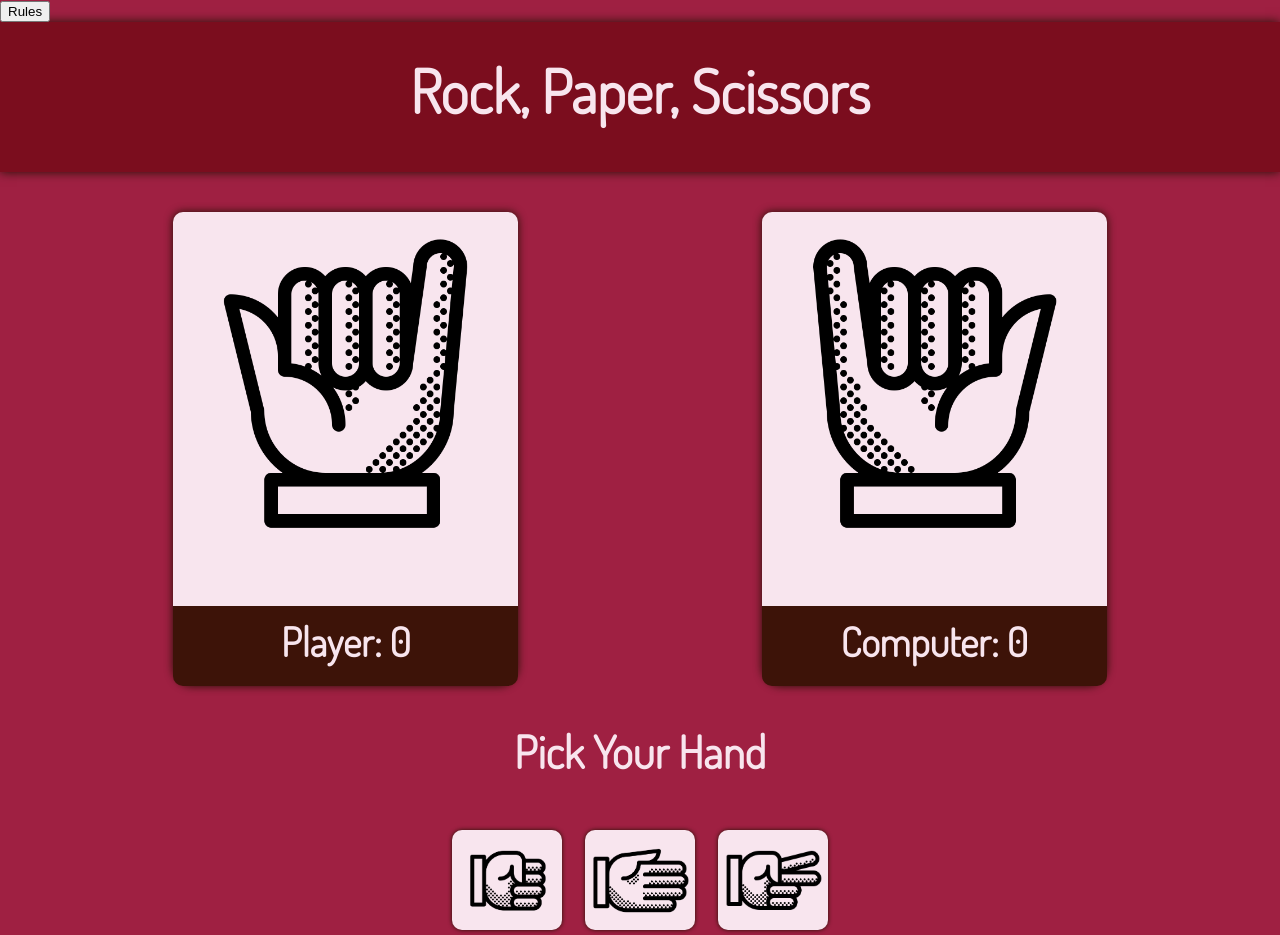
Repository: shayanabedi98/rock-paper-scissors
Page: index.html
An editor plug-in stored every save of this project. The page is shown before and after the next save, followed by the edit.
The browser window is 1280 px wide. The pictures show the whole page.

Above is the page before, as saved 2023-07-14 19:39:43.

### index.html
<!DOCTYPE html>
<html lang="en">
<head>
    <meta charset="UTF-8">
    <meta name="viewport" content="width=device-width, initial-scale=1.0">
    <title>Rock, Paper, Scissors</title>
    <link rel="preconnect" href="https://fonts.googleapis.com">
    <link rel="preconnect" href="https://fonts.gstatic.com" crossorigin>
    <link href="https://fonts.googleapis.com/css2?family=Dosis:wght@300&display=swap" rel="stylesheet">
    <link rel="stylesheet" href="styles.css">
</head>
<body>
    <div class="rules-btn">
        <button>Rules</button>
    </div>
    <div class="header">
        <h1>Rock, Paper, Scissors</h1>
    </div>
    <div class="container">
        <div class="card">
            <div class="player">
                <img src="resources/startleft.png" alt="Starting image before game">
                <h3>Player: 0</h3>
            </div>
        </div>
        <div class="card">
            <div class="computer">
                <img src="resources/start.png" alt="Starting image before game">
                <h3>Computer: 0</h3>
            </div>
        </div>
    </div>
    <div class="caption">
        <h2>Pick Your Hand</h2>
    </div>
    <div class="button-container">
        <button class="btn" id="rock"><img src="resources/rockleft.png" alt="rock option"></button>
        <button class="btn" id="paper"><img src="resources/paperleft.png" alt="paper option"></button>
        <button class="btn" id="scissors"><img src="resources/scissorsleft.png" alt="scissors option"></button>
    </div>
    <div class="rules">
        <h1>Rules</h1>
        <p>Rock beats Scissors. <br>Paper beats Rock. <br>Scissors beats Paper. <br>You(Player) vs Computer. <br>Best 3/5 wins. <br>Simple enough?</p>
        <button>Close</button>
    </div>
    <script src="index.js"></script>
</body>
</html>

### styles.css
body {
    font-family:'Dosis', sans-serif;
    margin: 0;
    padding: 0;
    background-color: #9F2042;
    color: #F8E5EE;
}

h1 {
    font-size: 60px;
    margin-top: 0;

}

.header {
    text-align: center;
    background-color: #7B0D1E;
    height: 120px;
    padding-top: 30px;
    box-shadow: 0 0 10px 0 #211103;
}

.caption {
    text-align: center;
    font-size: 30px;
}

.container {
    text-align: center;
    display: block;
    margin-top: 40px;
}

.card {
    display: inline-block;
    background-color: #F8E5EE;
    box-shadow: 0 0 8px 0 #211103;
    margin: 0 120px;
    border-radius: 10px 10px 20px 20px;
}

.card img {
    height: 350px;
    width: 345px;
}

.card h3 {
    font-size: 40px;
    color: #F8E5EE;
    background-color: #3D1308;
    margin-bottom: 0;
    height: 70px;
    padding-top: 10px;
    border-radius: 0  0 10px 10px;
}

.button-container {
    text-align: center;
    margin-top: 50px;
}

#rock, #paper, #scissors {
    font-family: 'Dosis', sans-serif;
    background-color: #F8E5EE;
    color: #211103;
    width: 110px;
    height: 100px;
    cursor: pointer;
    border: 0;
    border-radius: 10px;
    box-shadow: 0 0 4px 0 #211103;
    margin: 0 10px;
}

#rock img, #paper img, #scissors img {
    height: 100px;
}

#rock:hover, #paper:hover, #scissors:hover {
    box-shadow: 0 0 10px 0 #211103;
}

#rock:active, #paper:active, #scissors:active, #rock img:active, #paper img:active, #scissors img:active {
    box-shadow: none;
    height: 99px;
}

.rules {
    background-color: #F8E5EE;
    color: #211103;
    position: absolute;
    box-shadow: 0 0 10px 0 #211103;
    border-radius: 10px;
    text-align: center;
    margin-left: 40%;
    transform: translateY(-600px);
    width: 20%;
    z-index: 1;
    height: 450px;
}

.rules p {
    font-size: 30px;
}

.rules button {
    font-family: 'Dosis', sans-serif;
    font-size: 26px;
    font-weight: 600;
    background-color: #F8E5EE;
    width: 80px;
    border: 0;
    text-decoration: overline;
    cursor: pointer;
}

.winner {
    text-align: center;
    margin-top: 350px;
}

.winner button {
    font-family: 'Dosis', sans-serif;
    font-size: 40px;
    font-family: 'Dosis', sans-serif;
    background-color: #F8E5EE;
    color: #211103;
    width: 200px;
    height: 100px;
    cursor: pointer;
    border: 0;
    border-radius: 10px;
    box-shadow: 0 0 4px 0 #211103;
    margin-top: 50px;
}

### index.js
var scoreP = 0;
var scoreC = 0;
var winner = document.querySelector('.winner h1');
var caption = document.querySelector('.caption h2');
var rock = document.querySelector('#rock');
var paper = document.querySelector('#paper');
var scissors = document.querySelector('#scissors');
var computer = document.querySelector('.computer img');
var player = document.querySelector('.player img');
var btn = document.querySelectorAll('.btn');
var playerPick;
var computerPick;
var rules = document.querySelector('.rules');

rules.style.visibility = 'hidden';

function rng() {
    return Math.floor(Math.random() * 3) + 1;
};

rock.addEventListener('click', function() {
    player.src = 'resources/rockleft.png';
    playerPick = 'rock';
});
paper.addEventListener('click', function() {
    player.src = 'resources/paperleft.png';
    playerPick = 'paper';
});
scissors.addEventListener('click', function() {
    player.src = 'resources/scissorsleft.png';
    playerPick = 'scissors';
});

for (let i = 0; i < btn.length; i ++){
    btn[i].addEventListener('click', function() {
        rng();
        if (rng() === 1) {
            computer.src = 'resources/rock.png';
            computerPick = 'rock';
        } else if (rng() === 2) {
            computer.src = 'resources/paper.png';
            computerPick = 'paper';
        } else if (rng() === 3) {
            computer.src = 'resources/scissors.png';
            computerPick = 'scissors';
        }

        if (playerPick === computerPick) {
            caption.innerHTML = 'Tie!';
        }

        else if ((playerPick === 'rock' && computerPick === 'paper') || (playerPick === 'scissors' && computerPick === 'rock') || (playerPick === 'paper' && computerPick === 'scissors')) {
            caption.innerHTML = 'Point for Computer!';
            scoreC ++;
        }

        else if ((playerPick === 'rock' && computerPick === 'scissors') || (playerPick === 'scissors' && computerPick === 'paper') || (playerPick === 'paper' && computerPick === 'rock')) {
            caption.innerHTML = 'Point for Player!';
            scoreP ++;
        }

        document.querySelector('.player h3').innerHTML = 'Player: ' + scoreP;
        document.querySelector('.computer h3').innerHTML = 'Computer: ' + scoreC;

        if (scoreC === 3) {
            window.location.replace('./loser.html');
        } else if (scoreP === 3) {
            window.location.replace('./winner.html');
        }
    });
};

function playAgain() {
    window.location.replace('./index.html');
}

After the next save:
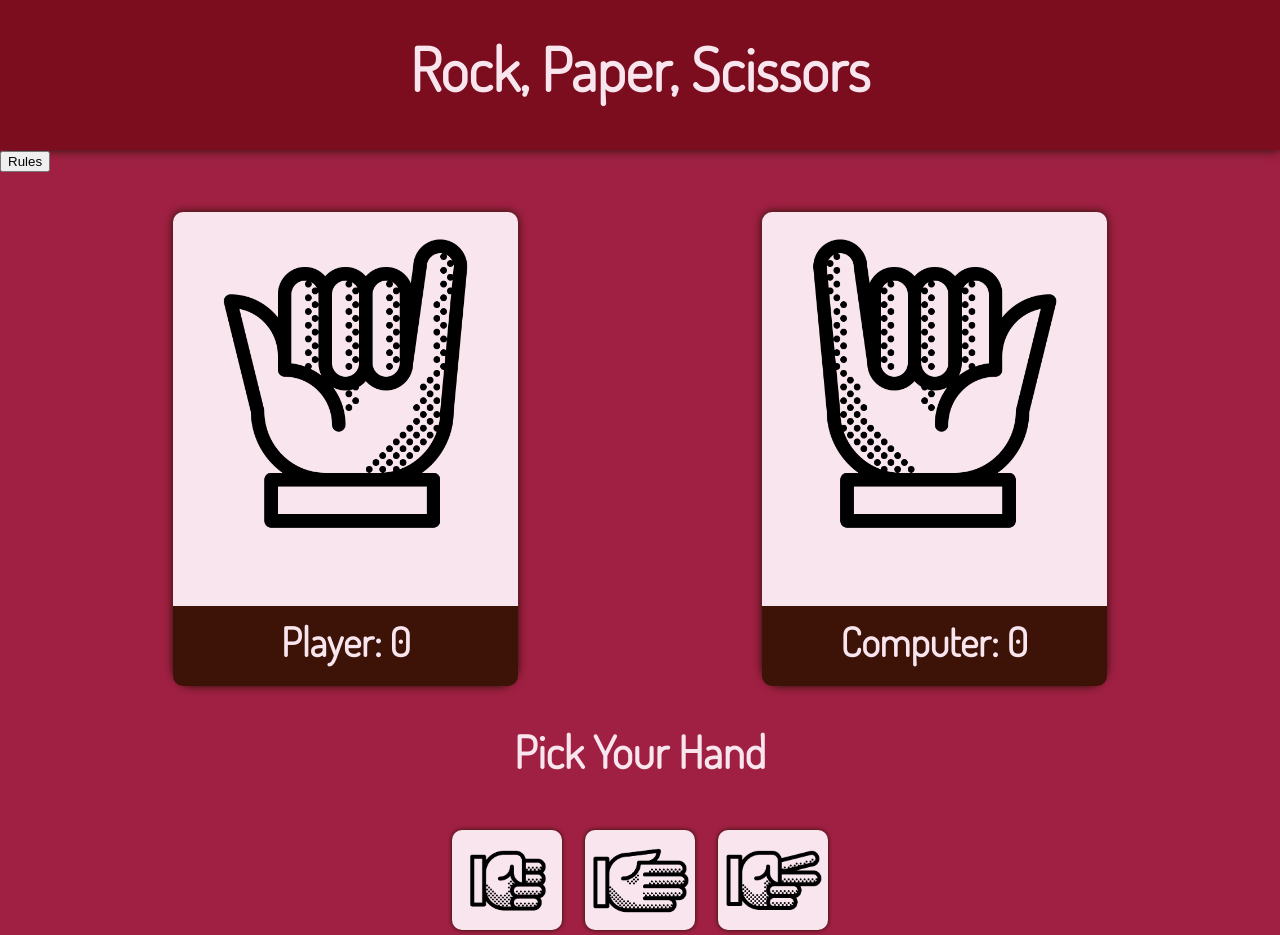
Saved 9 s later.
--- a/index.html
+++ b/index.html
@@ -10,11 +10,12 @@
     <link rel="stylesheet" href="styles.css">
 </head>
 <body>
+
+    <div class="header">
+        <h1>Rock, Paper, Scissors</h1>
+    </div>
     <div class="rules-btn">
         <button>Rules</button>
-    </div>
-    <div class="header">
-        <h1>Rock, Paper, Scissors</h1>
     </div>
     <div class="container">
         <div class="card">
